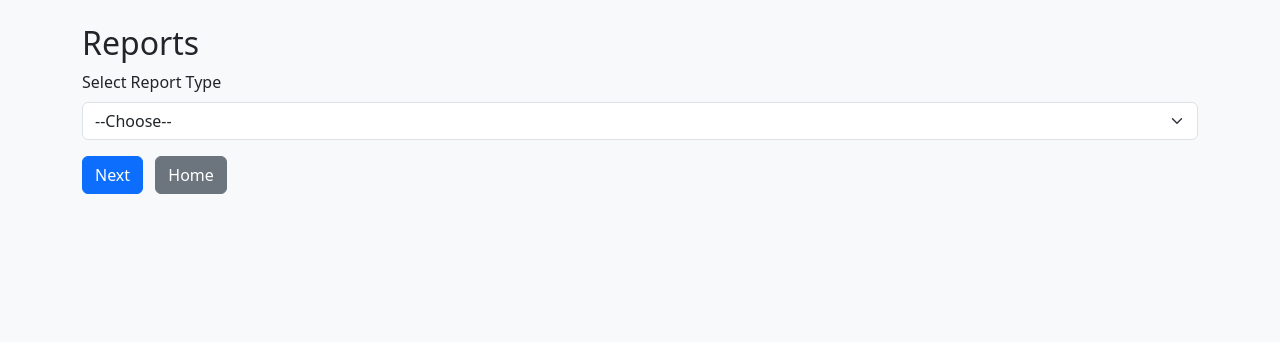
Repository: srushtinb/ProductManagementSystem
Page: http://localhost/ProductManagementSystem/reports.jsp
These files come from the project's save history. The page is drawn as it stood at one moment and after the next save; the edit follows.
The browser window is 1280 px wide. The pictures show the whole page.
Some web libraries are served in a nearby version. The page is served by Tomcat 9.

Above is the page before, as saved 2025-05-27 20:30:13.

After the next save:
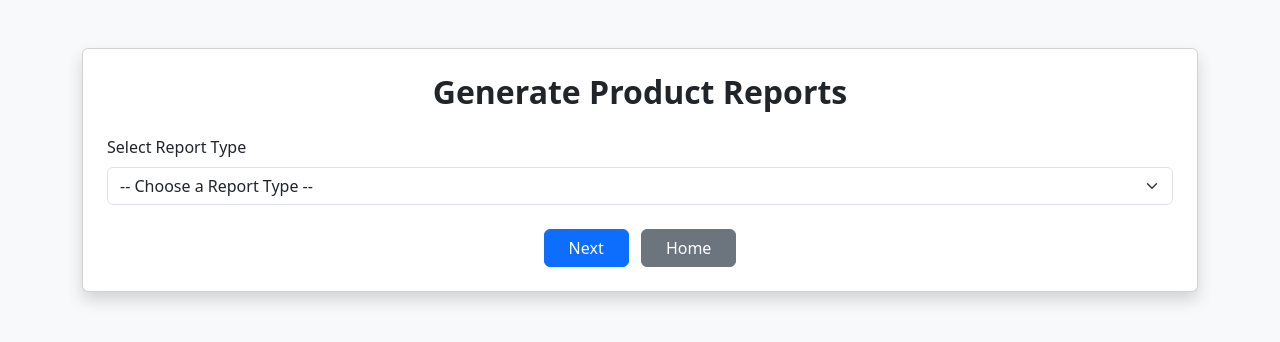
Saved 69 s later.
--- a/ProductManagementSystem/src/main/webapp/reports.jsp
+++ b/ProductManagementSystem/src/main/webapp/reports.jsp
@@ -6,21 +6,42 @@
     <link href="https://cdn.jsdelivr.net/npm/bootstrap@5.4.3/dist/css/bootstrap.min.css" rel="stylesheet">
 </head>
 <body class="bg-light">
-<div class="container py-4">
-    <h2>Reports</h2>
-    <form action="ReportCriteriaServlet" method="post">
-        <div class="mb-3">
-            <label class="form-label">Select Report Type</label>
-            <select name="type" class="form-select" required>
-                <option value="" selected disabled>--Choose--</option>
-                <option value="price">Products with Price Greater than</option>
-                <option value="category">Products in Specific Category</option>
-                <option value="top">Top N Products by Quantity</option>
-            </select>
-        </div>
-        <button type="submit" class="btn btn-primary">Next</button>
-        <a href="index.jsp" class="btn btn-secondary ms-2">Home</a>
-    </form>
+<div class="container py-5">
+    <div class="card shadow p-4">
+        <h2 class="text-center fw-bold mb-4">Generate Product Reports</h2>
+        <form action="ReportCriteriaServlet" method="post" class="needs-validation" novalidate>
+            <div class="mb-3">
+                <label for="type" class="form-label">Select Report Type</label>
+                <select name="type" id="type" class="form-select" required>
+                    <option value="" selected disabled>-- Choose a Report Type --</option>
+                    <option value="price">Products with Price Greater Than</option>
+                    <option value="category">Products in Specific Category</option>
+                    <option value="top">Top N Products by Quantity</option>
+                </select>
+                <div class="invalid-feedback">Please select a report type.</div>
+            </div>
+            <div class="text-center mt-4">
+                <button type="submit" class="btn btn-primary px-4">Next</button>
+                <a href="index.jsp" class="btn btn-secondary px-4 ms-2">Home</a>
+            </div>
+        </form>
+    </div>
 </div>
+
+<script>
+(() => {
+  'use strict'
+  const forms = document.querySelectorAll('.needs-validation')
+  Array.from(forms).forEach(form => {
+    form.addEventListener('submit', event => {
+      if (!form.checkValidity()) {
+        event.preventDefault()
+        event.stopPropagation()
+      }
+      form.classList.add('was-validated')
+    }, false)
+  })
+})()
+</script>
 </body>
 </html>

After the save that followed:
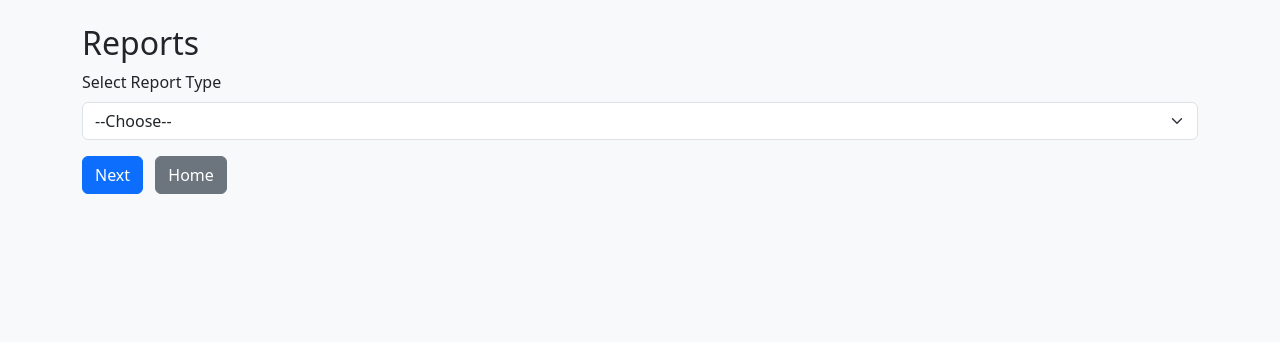
Saved 50 s later.
--- a/ProductManagementSystem/src/main/webapp/reports.jsp
+++ b/ProductManagementSystem/src/main/webapp/reports.jsp
@@ -6,42 +6,21 @@
     <link href="https://cdn.jsdelivr.net/npm/bootstrap@5.4.3/dist/css/bootstrap.min.css" rel="stylesheet">
 </head>
 <body class="bg-light">
-<div class="container py-5">
-    <div class="card shadow p-4">
-        <h2 class="text-center fw-bold mb-4">Generate Product Reports</h2>
-        <form action="ReportCriteriaServlet" method="post" class="needs-validation" novalidate>
-            <div class="mb-3">
-                <label for="type" class="form-label">Select Report Type</label>
-                <select name="type" id="type" class="form-select" required>
-                    <option value="" selected disabled>-- Choose a Report Type --</option>
-                    <option value="price">Products with Price Greater Than</option>
-                    <option value="category">Products in Specific Category</option>
-                    <option value="top">Top N Products by Quantity</option>
-                </select>
-                <div class="invalid-feedback">Please select a report type.</div>
-            </div>
-            <div class="text-center mt-4">
-                <button type="submit" class="btn btn-primary px-4">Next</button>
-                <a href="index.jsp" class="btn btn-secondary px-4 ms-2">Home</a>
-            </div>
-        </form>
-    </div>
+<div class="container py-4">
+    <h2>Reports</h2>
+    <form action="ReportCriteriaServlet" method="post">
+        <div class="mb-3">
+            <label class="form-label">Select Report Type</label>
+            <select name="type" class="form-select" required>
+                <option value="" selected disabled>--Choose--</option>
+                <option value="price">Products with Price Greater than</option>
+                <option value="category">Products in Specific Category</option>
+                <option value="top">Top N Products by Quantity</option>
+            </select>
+        </div>
+        <button type="submit" class="btn btn-primary">Next</button>
+        <a href="index.jsp" class="btn btn-secondary ms-2">Home</a>
+    </form>
 </div>
-
-<script>
-(() => {
-  'use strict'
-  const forms = document.querySelectorAll('.needs-validation')
-  Array.from(forms).forEach(form => {
-    form.addEventListener('submit', event => {
-      if (!form.checkValidity()) {
-        event.preventDefault()
-        event.stopPropagation()
-      }
-      form.classList.add('was-validated')
-    }, false)
-  })
-})()
-</script>
 </body>
 </html>
